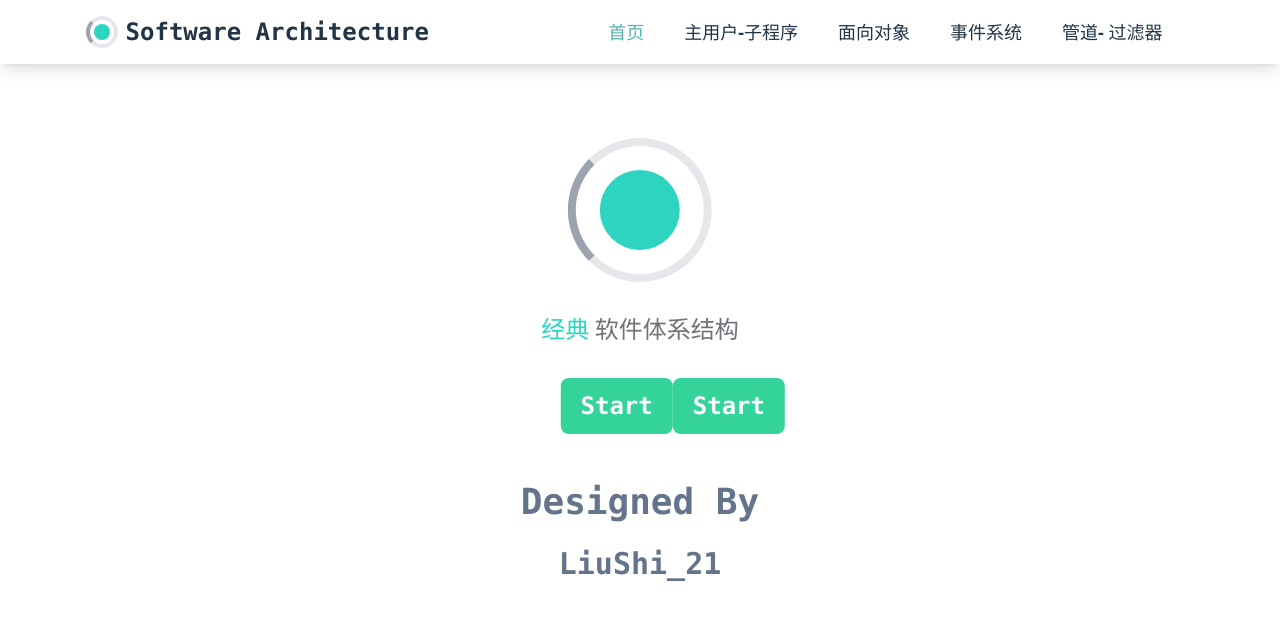
Repository: MarchRory/software_architecture_lab2
Page: / (app in lab2/)
The author's editor kept a copy of each file at every save. The page is drawn from the files as they stood at one save, then again after the next save.
The browser window is 1280 px wide. The pictures show the whole page.
The project was rebuilt for these pictures with package versions that can differ from the ones it lists, and the page was loaded fresh each time. Also part of the build but not shown: lab2/vite.config.ts. Imported but missing from the stored project, and not drawn on this page: lab2/src/views/OOP/index.vue, lab2/src/views/PipFilter/index.vue, lab2/src/views/eventsSys/index.vue, lab2/src/views/mainChild/index.vue.

Above is the page before, as saved 2023-11-17 21:42:56.

### lab2/index.html
<!Doctype html>
<html lang="en">
  <head>
    <meta charset="UTF-8" />
    <link rel="icon" type="image/svg+xml" href="/vite.svg" />
    <meta name="viewport" content="width=device-width, initial-scale=1.0" />
    <title>经典软件体系结构</title>
  </head>
  <body>
    <div id="app"></div>
    <script type="module" src="/src/main.ts"></script>
  </body>
</html>

### lab2/src/main.ts
import { createApp } from 'vue'
import './style.css'
import './style/index.css'
import hljs from 'highlight.js/lib/core'
import 'highlight.js/styles/androidstudio.css'
import java from 'highlight.js/lib/languages/java'
import router from '@/router/index'
import pinia from '@/store/index'
import App from './App.vue'
import "tailwindcss/tailwind.css"
const vueApp = createApp(App)
hljs.registerLanguage('java', java)
// 高亮指令
vueApp.directive('highlight', (el) => {
    const blocks = el.querySelectorAll('pre code')
    blocks.forEach((block: any) => {
        hljs.highlightElement(block)
    })
})
vueApp.use(router).use(pinia).mount('#app')

### lab2/src/style.css
:root {
  font-family: Inter, system-ui, Avenir, Helvetica, Arial, sans-serif;
  line-height: 1.5;
  font-weight: 400;

  color-scheme: light dark;
  color: rgba(255, 255, 255, 0.87);
  background-color: #242424;

  font-synthesis: none;
  text-rendering: optimizeLegibility;
  -webkit-font-smoothing: antialiased;
  -moz-osx-font-smoothing: grayscale;
  -webkit-text-size-adjust: 100%;
}

a {
  font-weight: 500;
  color: #646cff;
  text-decoration: inherit;
}
a:hover {
  color: #535bf2;
}

body {
  margin: 0;
  display: flex;
  place-items: center;
  min-width: 320px;
  min-height: 100vh;
}

@media (prefers-color-scheme: light) {
  :root {
    color: #213547;
    background-color: #ffffff;
  }
  a:hover {
    color: #747bff;
  }
  button {
    background-color: #f9f9f9;
  }
}

### lab2/src/router/index.ts
import { createRouter, createWebHashHistory, RouteRecordRaw } from "vue-router";
export const routes: Array<RouteRecordRaw> = [
    {
        path: '/',
        name: 'hello',
        meta: {
            tabName: '主页'
        },
        component: () => import('@/layout/index.vue'),
        redirect: '/home',
        children: [
            {
                path: '/home',
                name: 'home',
                component: () => import('@/views/hello/index.vue'),
                meta: {
                    title: '首页'
                }
            }, {
                path: '/mainChild',
                name: 'mainChild',
                component: () => import('@/views/mainChild/index.vue'),
                meta: {
                    title: '主用户-子程序'
                }
            }, {
                path: '/OOP',
                name: "OOP",
                component: () => import('@/views/OOP/index.vue'),
                meta: {
                    title: '面向对象'
                }
            }, {
                path: '/eventSys',
                name: "eventSys",
                component: () => import("@/views/eventsSys/index.vue"),
                meta: {
                    title: '事件系统'
                }
            }, {
                path: '/pipFilter',
                name: "pipFilter",
                component: () => import('@/views/PipFilter/index.vue'),
                meta: {
                    title: "管道- 过滤器"
                }
            }
        ]
    },
]

const router = createRouter({
    history: createWebHashHistory(),
    routes
})

export default router

### lab2/src/store/index.ts
import { createPinia } from 'pinia';

const stores = createPinia();

export default stores;

### lab2/src/App.vue
<script setup lang="ts">
	import { defineAsyncComponent } from 'vue';
	import { useRouter } from 'vue-router';
	const router = useRouter();
</script>

<template>
	<div id="app">
		<router-view></router-view>
	</div>
</template>

<style>
	#app {
		width: 100vw;
		height: 100vh;
	}

	::-webkit-scrollbar {
		width: 8px;
	}

	::-webkit-scrollbar-thumb {
		background-color: rgb(69, 199, 202);
		border-radius: 15px;
	}

	::-moz-scrollbar {
		width: 8px;
	}

	::-moz-scrollbar-thumb {
		background-color: rgb(69, 199, 202);
	}
</style>

### lab2/src/layout/index.vue
<script setup lang="ts">
	import { defineAsyncComponent } from 'vue';
	const Navbar = defineAsyncComponent(() => import('./navbar.vue'));
	const APPMain = defineAsyncComponent(() => import('./Main.vue'));
</script>

<template>
	<div class="flex flex-col items-center w-full h-full">
		<Navbar />
		<APPMain class="flex-1" />
	</div>
</template>

### lab2/src/views/hello/index.vue
<script setup lang="ts">
	import { useRouter } from 'vue-router';
	const router = useRouter();
	function enter() {
		router.push({
			path: '/mainChild',
		});
	}
</script>

<template>
	<div
		style="position: absolute; left: 50%; top: 50%; transform: translate(-50%, -50%)"
		class="flex flex-col items-center justify-around h-fit"
	>
		<div
			class="flex items-center justify-center mb-8 border-8 rounded-full w-36 h-36 border-l-gray-400"
		>
			<div class="w-20 h-20 bg-teal-400 rounded-full"></div>
		</div>
		<div class="mb-8 space-x-2 text-2xl font-bold text-zinc-500">
			<span class="text-teal-400">经典</span>
			软件体系结构
		</div>
		<div class="flex items-center justify-between w-8/12">
			<div
				@click="enter"
				class="flex items-center justify-center px-5 py-3 font-mono text-2xl font-bold text-white rounded-lg hover:cursor-pointer bg-emerald-400"
			>
				Start
			</div>
			<div
				@click="enter"
				class="flex items-center justify-center px-5 py-3 font-mono text-2xl font-bold text-white rounded-lg hover:cursor-pointer bg-emerald-400"
			>
				Start
			</div>
		</div>

		<div class="flex flex-col justify-center mt-12 font-mono font-bold w-fit text-slate-500">
			<div class="text-4xl">Designed By</div>
			<br />
			<div style="margin: 0 auto" class="text-3xl">LiuShi_21</div>
		</div>
	</div>
</template>

<style scoped></style>

### lab2/src/layout/navbar.vue
<script setup lang="ts">
	import { useRouter, useRoute, RouteRecordRaw } from 'vue-router';
	import { routes } from '@/router';
	import { ref } from 'vue';
	const router = useRouter();
	const route = useRoute();
	const Navlist = ref();
	function initNav() {
		Navlist.value = routes[0].children?.map((route: RouteRecordRaw) => {
			return {
				path: route.path,
				title: route?.meta.title,
			};
		});
	}
	initNav();
	function switchTab(path: string) {
		router.push({
			path: path,
		});
	}
</script>

<template>
	<div class="flex items-center justify-around w-full h-16 shadow-lg">
		<ul class="flex items-center justify-start list-none">
			<li class="flex items-center justify-center w-8 h-8 border-4 rounded-full border-l-gray-400">
				<div class="w-4 h-4 bg-teal-400 rounded-full"></div>
			</li>
			<li class="font-mono text-2xl navFont">Software Architecture</li>
		</ul>
		<ul class="flex min-w-fit">
			<li
				@click="switchTab(navItem.path)"
				class="mr-8 font-sans text-lg transition-all navFont hover:cursor-pointer"
				:class="[route.path == navItem.path ? 'active' : '']"
				v-for="(navItem, index) in Navlist"
				:key="index"
			>
				{{ navItem.title }}
			</li>
		</ul>
	</div>
</template>

<style scoped>
	.navFont {
		@apply ml-2 font-bold;
	}
	.active {
		color: rgb(80, 178, 178);
	}
	/* 	.active::before {
		display: block;
		content: '';
		position: absolute;
		width: 12px;
		height: 12px;
		border-radius: 50%;
		background-color: rgb(80, 178, 178);
		transform: translate(100%, 50%);
	} */
</style>

### lab2/src/layout/Main.vue
<script setup lang="ts">
	import { nextTick, ref, watch } from 'vue';
	import { useScrollStore } from '@/store/modules/scroll/index';
	import { useScroll } from '@/hooks/useScroll';
	import router from '@/router';
	const scrollStore = useScrollStore();
	scrollStore.init();
	const main = ref<HTMLDivElement>();
	const { pageScroll } = useScroll();
	router.beforeEach((to, from, next) => {
		pageScroll.value = 0;
		if (main.value) {
			scrollStore.update(from.fullPath, main.value.scrollTop);
			next();
		}
	});
	router.afterEach((to, from) => {
		nextTick(() => {
			if (main.value) {
				main.value.scrollTop = scrollStore.useScroll(to.fullPath) as number;
			}
		});
	});
	watch(
		() => pageScroll.value,
		(newV) => {
			let scrollTopTo = newV;
			if (main.value)
				main.value.scrollTo({ top: scrollTopTo > 0 ? scrollTopTo : 0, behavior: 'smooth' });
		},
	);
</script>

<template>
	<div class="w-full h-auto px-56 pt-4 overflow-auto" ref="main">
		<router-view v-slot="{ Component }">
			<keep-alive>
				<component :is="Component" />
			</keep-alive>
		</router-view>
	</div>
</template>

### lab2/src/store/modules/scroll/index.ts
import { defineStore } from "pinia";
import { routes } from "@/router";
import { RouteRecordRaw } from "vue-router";
interface ScrollType {
    scrollMap: Map<string, number>
}
export const useScrollStore = defineStore('useScrollStore', {
    state: (): ScrollType => {
        return {
            scrollMap: new Map()
        }
    },
    actions: {
        init(): void {
            const paths = routes[0].children?.map((route: RouteRecordRaw) => {
                return {
                    path: route.path,
                };
            });
            paths?.forEach((item, index) => {
                this.scrollMap.set(item.path, 0)
            })
        },
        update(routePath: string, scrollTop: number): void {
            this.scrollMap.set(routePath, scrollTop)
        },
        useScroll(routePath: string): number | undefined {
            return this.scrollMap.get(routePath)
        }
    }
})

### lab2/src/hooks/useScroll.ts

import { ComponentInternalInstance, getCurrentInstance, ref } from 'vue'
const pageScroll = ref(0)
export const useScroll = () => {
    return {
        pageScroll
    }
}

Loaded but not shown: lab2/src/style/index.css (common file); lab2/tailwind.config.js (common file)

After the next save:
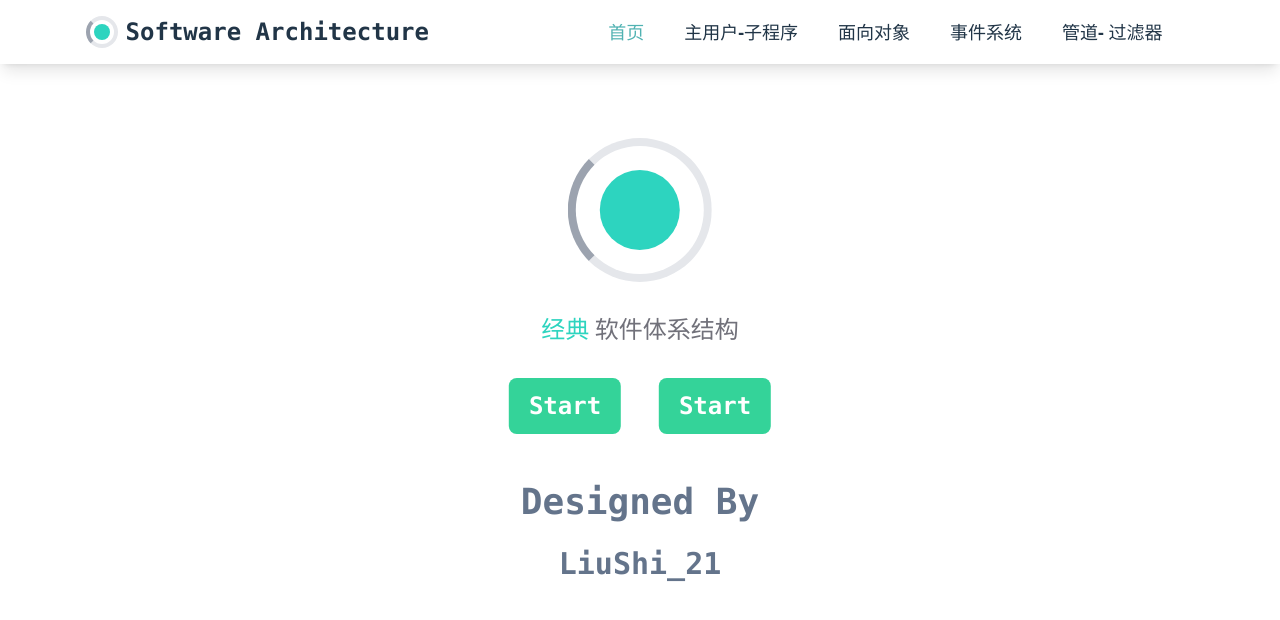
Saved 32 s later.
--- a/lab2/src/views/hello/index.vue
+++ b/lab2/src/views/hello/index.vue
@@ -22,7 +22,7 @@
 			<span class="text-teal-400">经典</span>
 			软件体系结构
 		</div>
-		<div class="flex items-center justify-between w-8/12">
+		<div class="flex items-center justify-between" style="width: 110%">
 			<div
 				@click="enter"
 				class="flex items-center justify-center px-5 py-3 font-mono text-2xl font-bold text-white rounded-lg hover:cursor-pointer bg-emerald-400"
